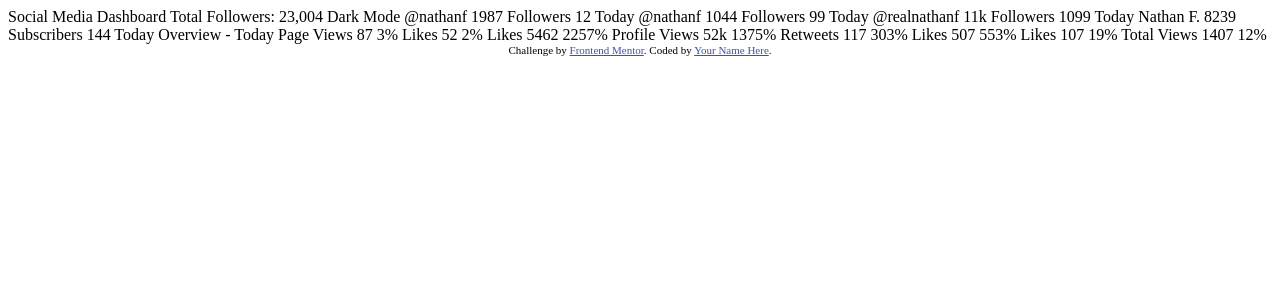
Repository: mamulini/social-media-dashboard-with-theme-switcher-master
Page: index.html
An editor plug-in stored every save of this project. The page is shown before and after the next save, followed by the edit.
The browser window is 1280 px wide. The pictures show the whole page.

Above is the page before, as saved 2020-04-05 23:06:30.

### index.html
<!DOCTYPE html>
<html lang="en">
<head>
  <meta charset="UTF-8">
  <meta name="viewport" content="width=device-width, initial-scale=1.0">
  <link rel="icon" type="image/png" sizes="32x32" href="./images/favicon-32x32.png">
  <link rel="stylesheet" href="./css/style.css">
  <title>Frontend Mentor | [Challenge Name Here]</title>
</head>
<body>
  <main class="dashboard container">
    <header class="header">

    </header>
  </main>

  Social Media Dashboard
  Total Followers: 23,004

  Dark Mode



  @nathanf
  1987
  Followers
  12 Today

  @nathanf
  1044
  Followers
  99 Today

  @realnathanf
  11k
  Followers
  1099 Today

  Nathan F.
  8239
  Subscribers
  144 Today



  Overview - Today

  Page Views
  87
  3%

  Likes
  52
  2%

  Likes
  5462
  2257%

  Profile Views
  52k
  1375%

  Retweets
  117
  303%

  Likes
  507
  553%

  Likes
  107
  19%

  Total Views
  1407
  12%

  <div class="attribution">
    Challenge by <a href="https://www.frontendmentor.io?ref=challenge" target="_blank">Frontend Mentor</a>.
    Coded by <a href="#">Your Name Here</a>.
  </div>
</body>
</html>

### css/style.css
.container{
    max-width: 1110px;
}






.attribution { font-size: 11px; text-align: center; }
.attribution a { color: hsl(228, 45%, 44%); }

After the next save:
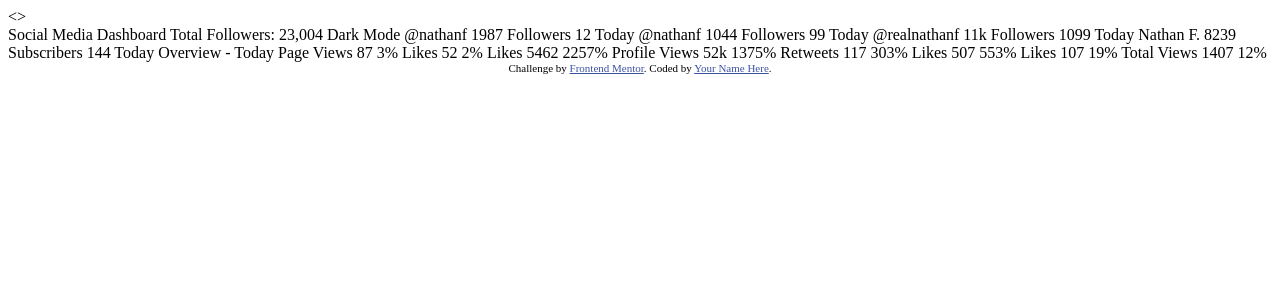
Saved 4 min 3 s later.
--- a/index.html
+++ b/index.html
@@ -10,7 +10,7 @@
 <body>
   <main class="dashboard container">
     <header class="header">
-
+      <></>
     </header>
   </main>
 

After the save that followed:
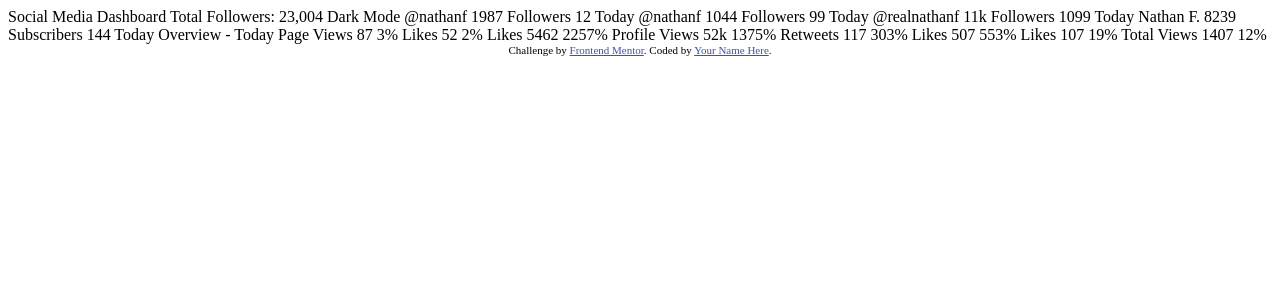
Saved 60 s later.
--- a/index.html
+++ b/index.html
@@ -10,7 +10,9 @@
 <body>
   <main class="dashboard container">
     <header class="header">
-      <></>
+      <div class="title">
+
+      </div>
     </header>
   </main>
 
